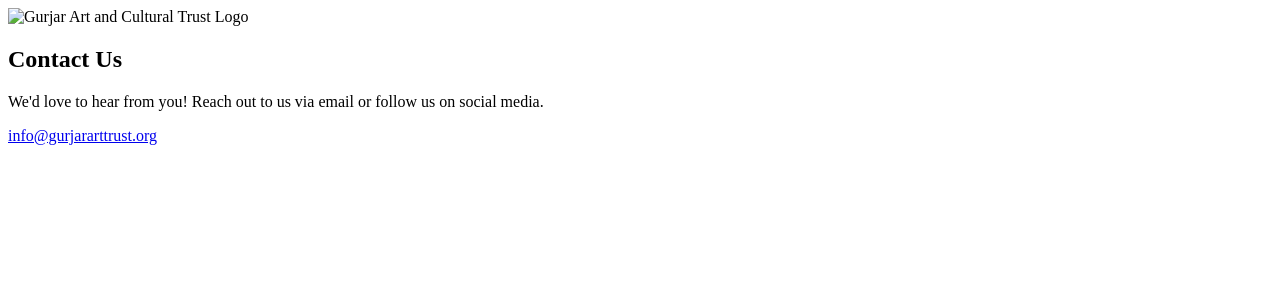
Repository: thegurjararyan/website-master
Page: components/contact/contact.html
These files come from the project's save history. The page is drawn as it stood at one moment and after the next save; the edit follows.
The browser window is 1280 px wide. The pictures show the whole page.

Above is the page before, as saved 2024-10-16 00:27:30.
Not found: components/contact/path/to/logo.png

After the next save:
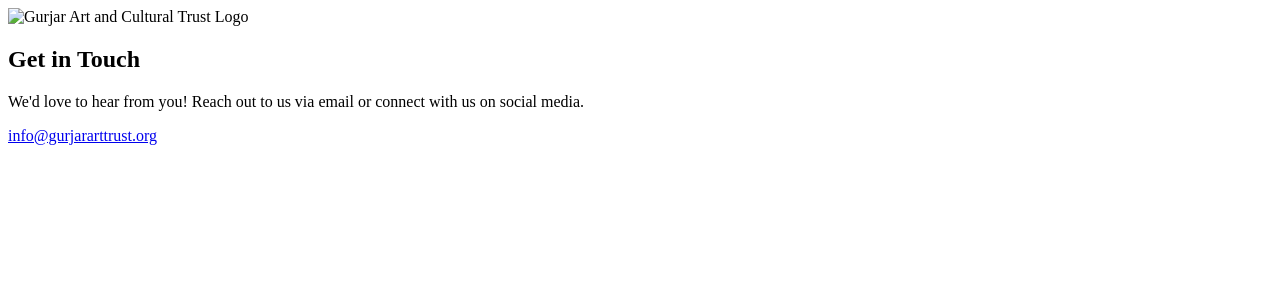
Saved 1 s later.
--- a/components/contact/contact.html
+++ b/components/contact/contact.html
@@ -1,16 +1,17 @@
-<section id="contact" class="contact-section"></section>
+<section id="contact" class="contact-section">
     <div class="contact-logo">
         <img src="path/to/logo.png" alt="Gurjar Art and Cultural Trust Logo" class="logo-animation">
     </div>
-    <h2>Contact Us</h2>
-    <p>We'd love to hear from you! Reach out to us via email or follow us on social media.</p>
+    <h2>Get in Touch</h2>
+    <p>We'd love to hear from you! Reach out to us via email or connect with us on social media.</p>
     <div class="contact-info">
         <a href="mailto:info@gurjararttrust.org" class="contact-email">info@gurjararttrust.org</a>
         <div class="social-links">
-            <a href="https://www.linkedin.com" target="_blank" class="social-icon linkedin"><i class="fab fa-linkedin"></i></a>
-            <a href="https://www.instagram.com" target="_blank" class="social-icon instagram"><i class="fab fa-instagram"></i></a>
-            <a href="https://www.facebook.com" target="_blank" class="social-icon facebook"><i class="fab fa-facebook"></i></a>
-            <a href="https://www.youtube.com" target="_blank" class="social-icon youtube"><i class="fab fa-youtube"></i></a>
+            <a href="https://www.linkedin.com" target="_blank" class="social-icon linkedin" title="LinkedIn"><i class="fab fa-linkedin"></i></a>
+            <a href="https://www.instagram.com" target="_blank" class="social-icon instagram" title="Instagram"><i class="fab fa-instagram"></i></a>
+            <a href="https://www.facebook.com" target="_blank" class="social-icon facebook" title="Facebook"><i class="fab fa-facebook"></i></a>
+            <a href="https://www.youtube.com" target="_blank" class="social-icon youtube" title="YouTube"><i class="fab fa-youtube"></i></a>
         </div>
     </div>
+    <div class="background-animation"></div>
 </section>
